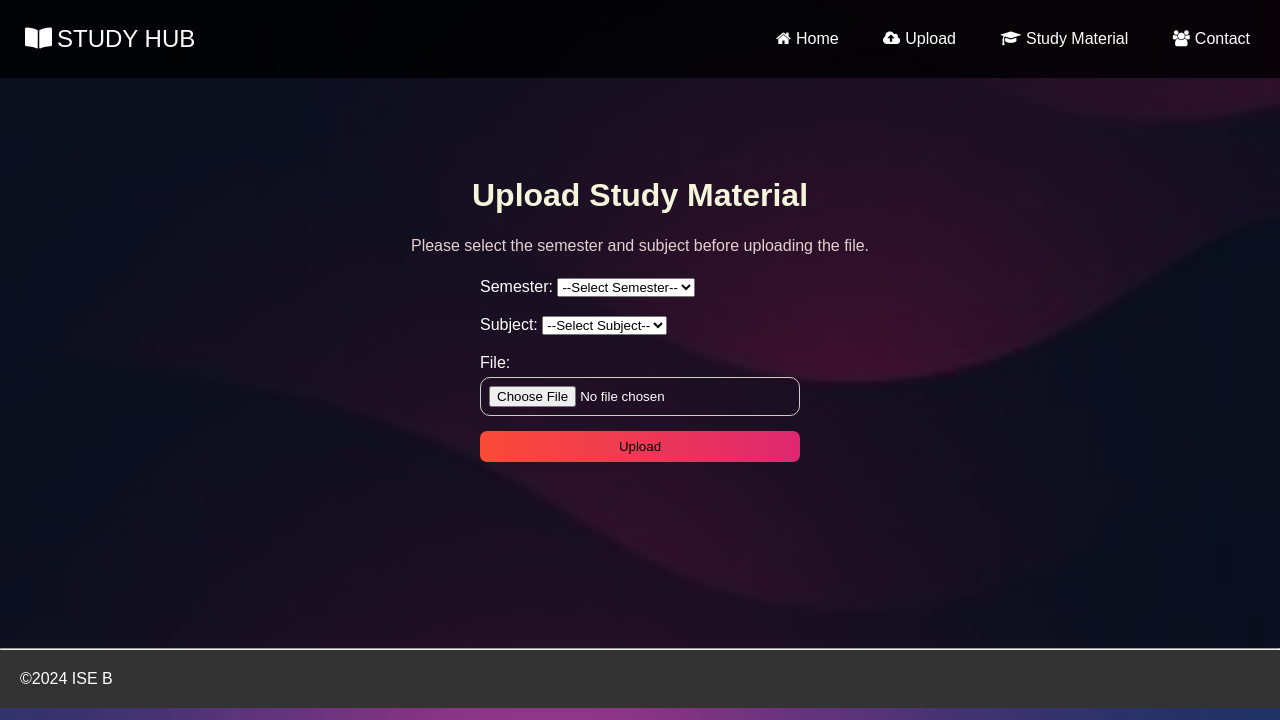
Repository: Acharya-Keerthana/Education
Page: http://localhost/upload.php
The author's editor kept a copy of each file at every save. The page is drawn from the files as they stood at one save, then again after the next save.
The browser window is 1280 px wide. The pictures show the whole page.
The page is run by PHP 8.4 with error messages shown; the project is at /var/www/html/.

Above is the page before, as saved 2024-04-11 02:11:09.

After the next save:
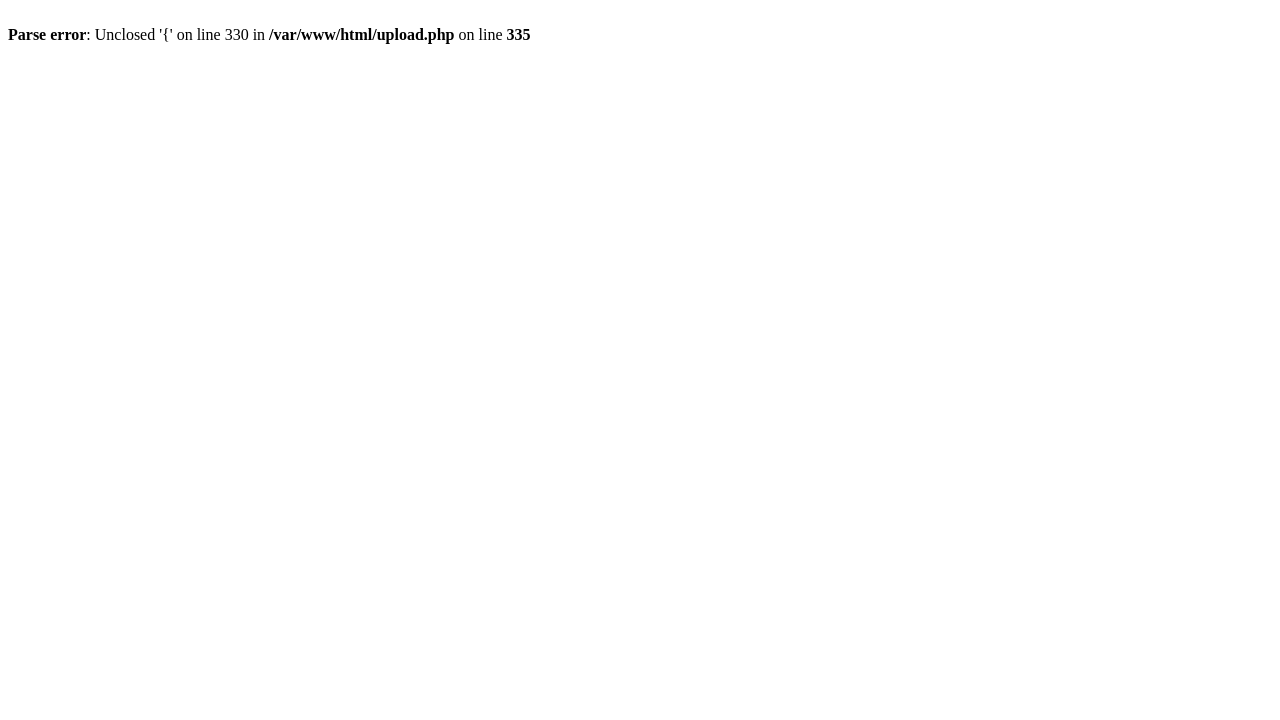
Saved 16 min 56 s later.
--- a/upload.php
+++ b/upload.php
@@ -263,7 +263,7 @@
             <div class="form-group">
                 <label for="semester">Semester:</label>
                 <select id="semester" name="semester">
-                    <option value="">--Select Semester--</option>
+                    <option value="not selected">--Select Semester--</option>
                     <option value="3">3rd Semester</option>
                     <option value="4">4th Semester</option>
                     <option value="5">5th Semester</option>
@@ -327,5 +327,7 @@
 </body>
 </html>
 <?php
-
+ if (isset($_POST['semester'], $_POST['subject']) && !empty($_FILES['file']['name'])) {
+    $semester = $_POST['semester'];
+    $subject = $_POST['subject'];
 ?>

After the save that followed:
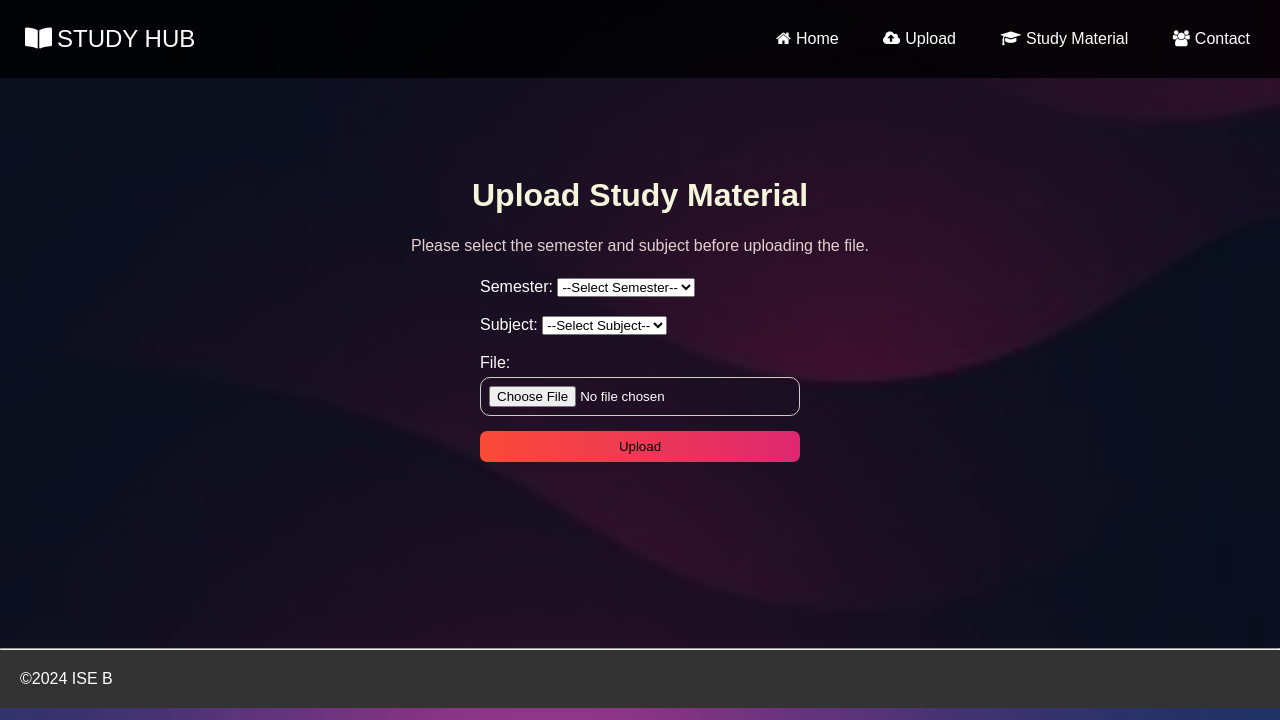
Saved 10 s later.
--- a/upload.php
+++ b/upload.php
@@ -326,8 +326,3 @@
     </script>
 </body>
 </html>
-<?php
- if (isset($_POST['semester'], $_POST['subject']) && !empty($_FILES['file']['name'])) {
-    $semester = $_POST['semester'];
-    $subject = $_POST['subject'];
-?>
